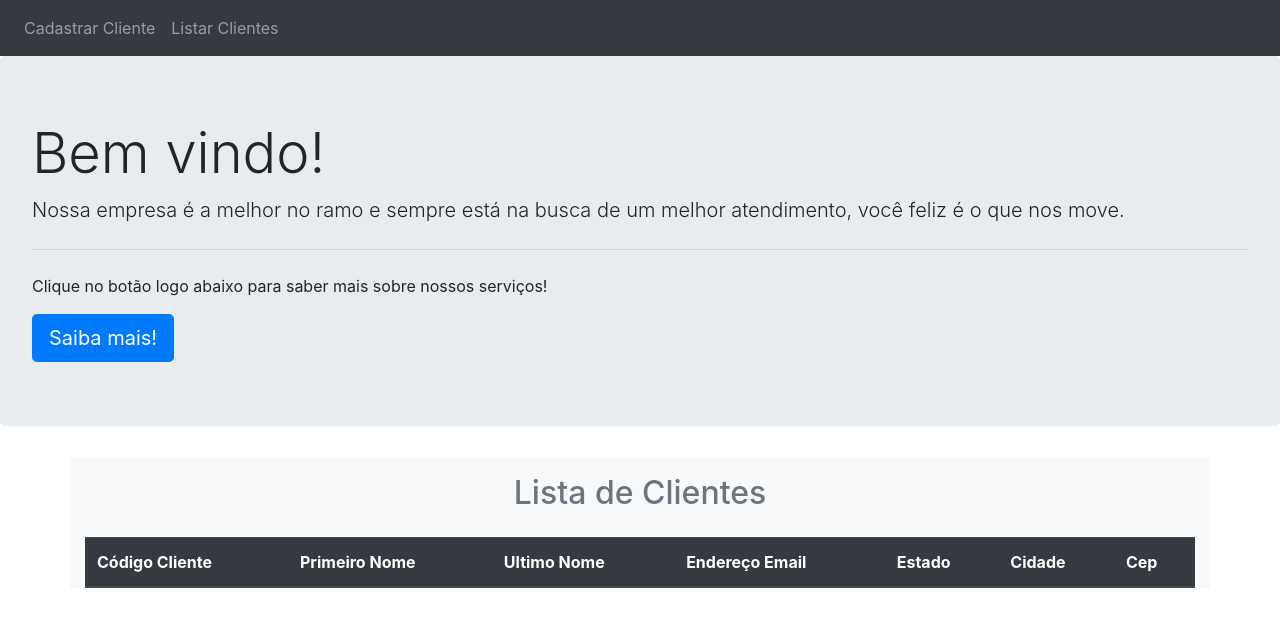
Repository: Ticapril/CRUD-JAVA
Page: http://localhost/CRUD-Java/ListarCliente.jsp
These files come from the project's save history. The page is drawn as it stood at one moment and after the next save; the edit follows.
The browser window is 1280 px wide. The pictures show the whole page.
The page is served by Tomcat 9. Other server files are loaded and not shown. The template is opened directly, without the code that normally fills it, so the values that code supplies are empty.

Above is the page before, as saved 2020-11-25 23:12:02.

### CRUD-Java/WebContent/ListarCliente.jsp
<%@ page language="java" contentType="text/html; charset=ISO-8859-1"
    pageEncoding="UTF-8"%>
<%@ taglib uri="http://java.sun.com/jsp/jstl/core" prefix="c" %>
<!DOCTYPE html>
<html>
<head>
<title>Meu CRUD em java Web</title>
<meta name="viewport" content="width=device-width, initial-scale=1, shrink-to-fit=no">

<link rel="stylesheet" href="https://cdn.jsdelivr.net/npm/bootstrap@4.5.3/dist/css/bootstrap.min.css" integrity="sha384-TX8t27EcRE3e/ihU7zmQxVncDAy5uIKz4rEkgIXeMed4M0jlfIDPvg6uqKI2xXr2" crossorigin="anonymous">
</head>
<body>
	<nav class="navbar navbar-expand-lg navbar-dark bg-dark text-white">
		<%--
			<a class="navbar-brand" href="#">
				<img src="#" width="30" height="30"/>
			</a>
		--%>

		<div class="collapse navbar-collapse">
			<ul class="navbar-nav">
				<li class="navbar-item"><a class="nav-link" href="http://localhost:8080/CRUD-Java/CadastrarCliente.jsp">Cadastrar Cliente</a></li>
				<li class="navbar-item"><a class="nav-link" href="http://localhost:8080/CRUD-Java/cliente?acao=cadastrar&opcao=2">Listar Clientes</a></li>
			</ul>
		</div>

	</nav>

	<section id="inicio">
		<div class="jumbotron">
			<h1 class="display-4">Bem vindo!</h1>
			<p class="lead">Nossa empresa é a melhor no ramo e sempre está na busca de um melhor atendimento, você feliz é o que nos move.</p>
			<hr class="my-4">
			<p>Clique no botão logo abaixo para saber mais sobre nossos serviços!</p>
			<a class="btn btn-primary btn-lg" href="#" role="button">Saiba mais!</a>
		</div>
	</section>

	<section id="formulario-cadastro">
		<div class="container bg-light">
			<h2 class="text-center text-muted pt-3 pb-3">Lista de Clientes</h2>





			<table class="table table-dark">
        <thead>
            <tr>
               <th scope="col">Código Cliente</th>
					<th scope="col">Primeiro Nome</th>
					<th scope="col">Ultimo Nome</th>
					<th scope="col">Endereço Email</th>
					<th scope="col">Estado</th>
					<th scope="col">Cidade</th>
					<th scope="col">Cep</th>
            </tr>
        </thead>
        <tbody>
        	<c:forEach var="cliente" items="${clientes}" >
	        	 <tr>
	                <td>${cliente.idCliente}</td>
	                <td>${cliente.nome}</td>
	                <td>${cliente.ultimoNome}</td>
	                <td>${cliente.enderecoEmail}</td>
	                <td>${cliente.estado}</td>
	                <td>${cliente.cidade}</td>
	                <td>${cliente.cep}</td>
	                <td>
	                    <a href="cliente?acao=alterar&opcao=1&id=${cliente.idCliente}" class="btn btn-warning">Alterar</a>
	                    <a href="cliente?acao=excluir&id=${cliente.idCliente}" class="btn btn-danger">Excluir</a>
	                </td>
	            </tr>
        	</c:forEach>
        </tbody>
    </table>


		</div>
	</section>


<script src="https://code.jquery.com/jquery-3.5.1.slim.min.js" integrity="sha384-DfXdz2htPH0lsSSs5nCTpuj/zy4C+OGpamoFVy38MVBnE+IbbVYUew+OrCXaRkfj" crossorigin="anonymous"></script>
<script src="https://cdn.jsdelivr.net/npm/popper.js@1.16.1/dist/umd/popper.min.js" integrity="sha384-9/reFTGAW83EW2RDu2S0VKaIzap3H66lZH81PoYlFhbGU+6BZp6G7niu735Sk7lN" crossorigin="anonymous"></script>
<script src="https://cdn.jsdelivr.net/npm/bootstrap@4.5.3/dist/js/bootstrap.min.js" integrity="sha384-w1Q4orYjBQndcko6MimVbzY0tgp4pWB4lZ7lr30WKz0vr/aWKhXdBNmNb5D92v7s" crossorigin="anonymous"></script>
</body>
</html>

After the next save:
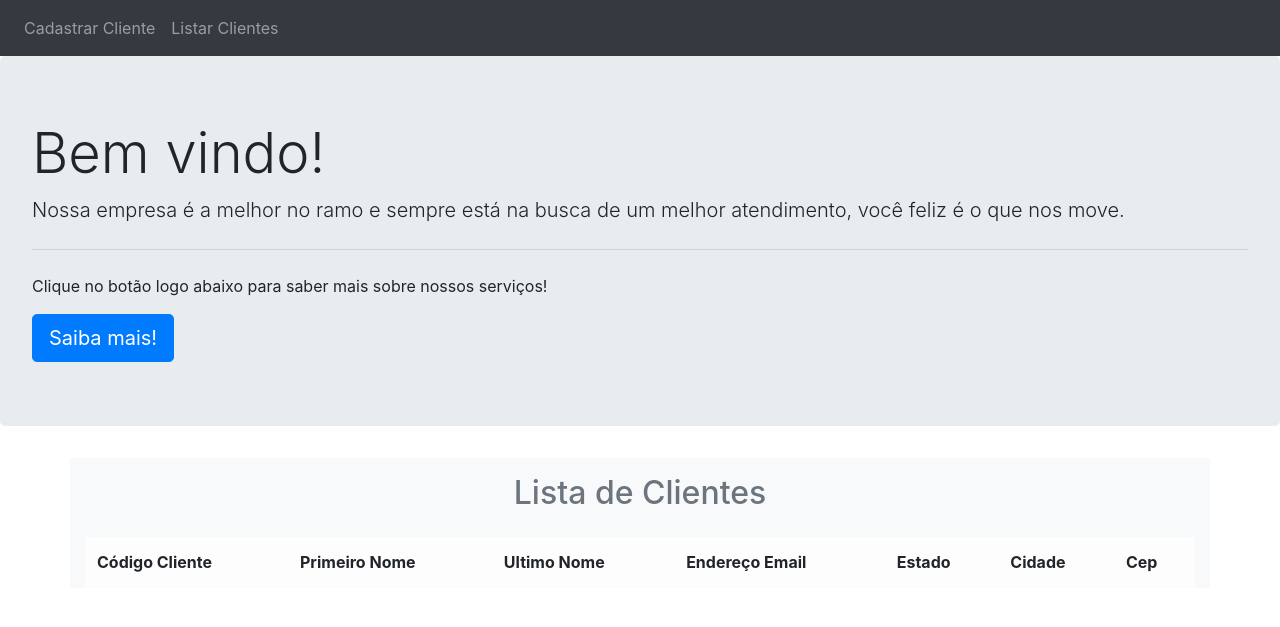
Saved 5 min 34 s later.
--- a/CRUD-Java/WebContent/ListarCliente.jsp
+++ b/CRUD-Java/WebContent/ListarCliente.jsp
@@ -44,7 +44,7 @@
 
 
 
-			<table class="table table-dark">
+			<table class="table table-light">
         <thead>
             <tr>
                <th scope="col">Código Cliente</th>
